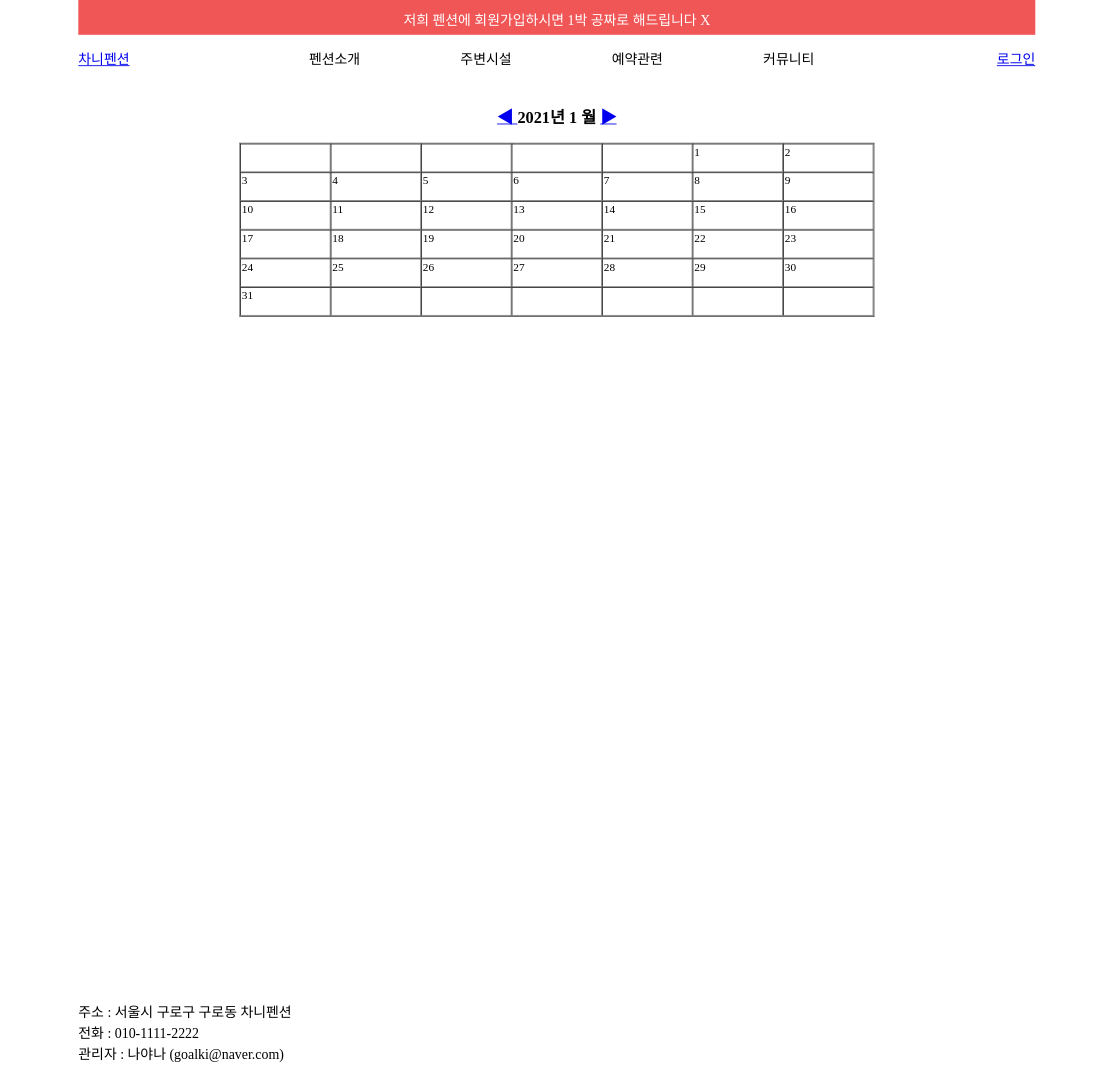
Repository: goalki/pension
Page: http://localhost/pension/reserve/reserve.jsp
These files come from the project's save history. The page is drawn as it stood at one moment and after the next save; the edit follows.
The browser window is 1280 px wide. The pictures show the whole page, at 87% of full size.
The page is served by Tomcat 9. Queries for data that is not in the repository find no rows.

Above is the page before, as saved 2021-01-20 06:29:40.

After the next save:
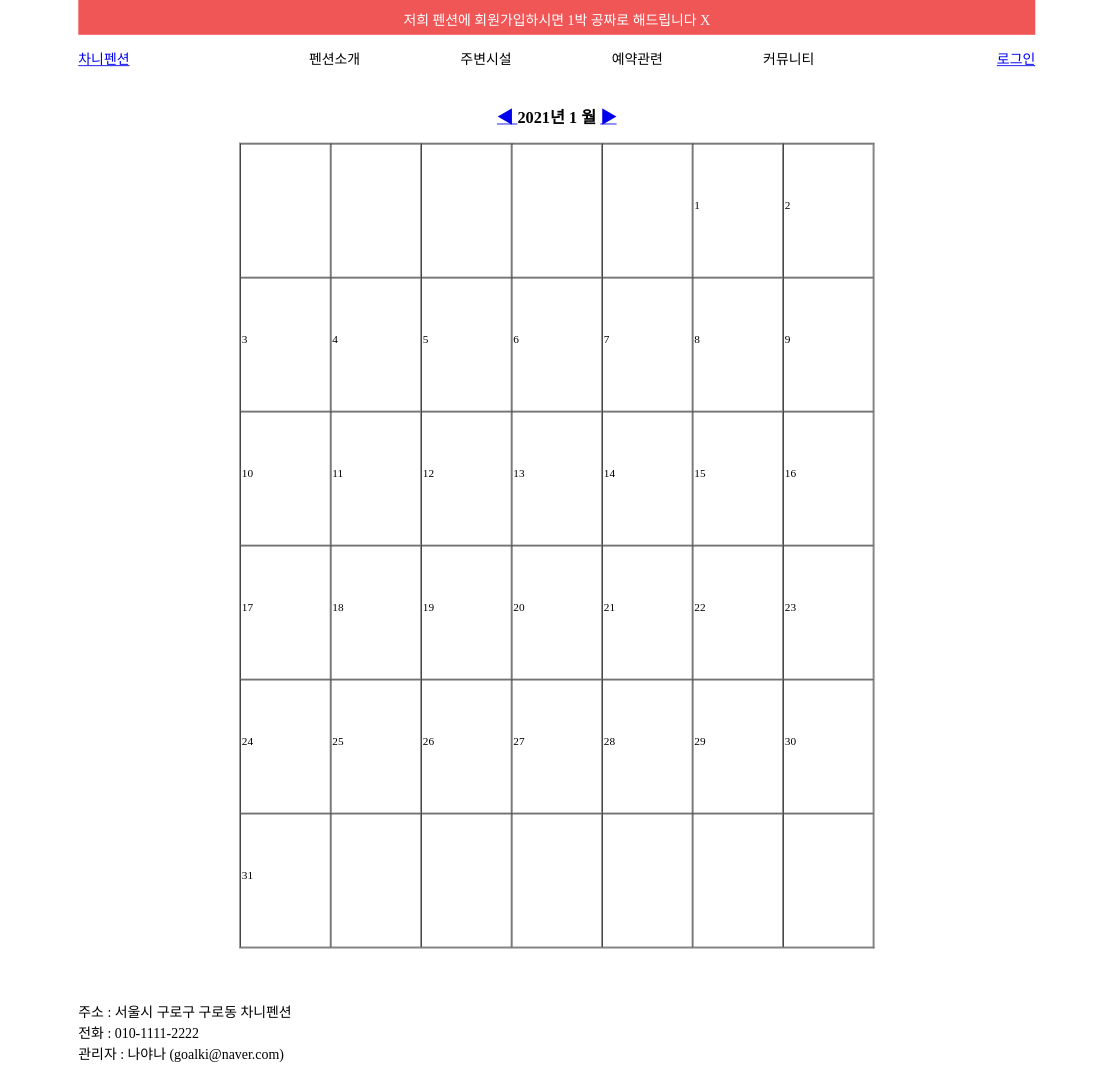
Saved 13 s later.
--- a/pension/WebContent/reserve/reserve.jsp
+++ b/pension/WebContent/reserve/reserve.jsp
@@ -72,6 +72,7 @@
   #section td {
     font-size:13px;
     width:100px;
+    height:150px;
   }
  </style>
  <div id="section">

After the save that followed:
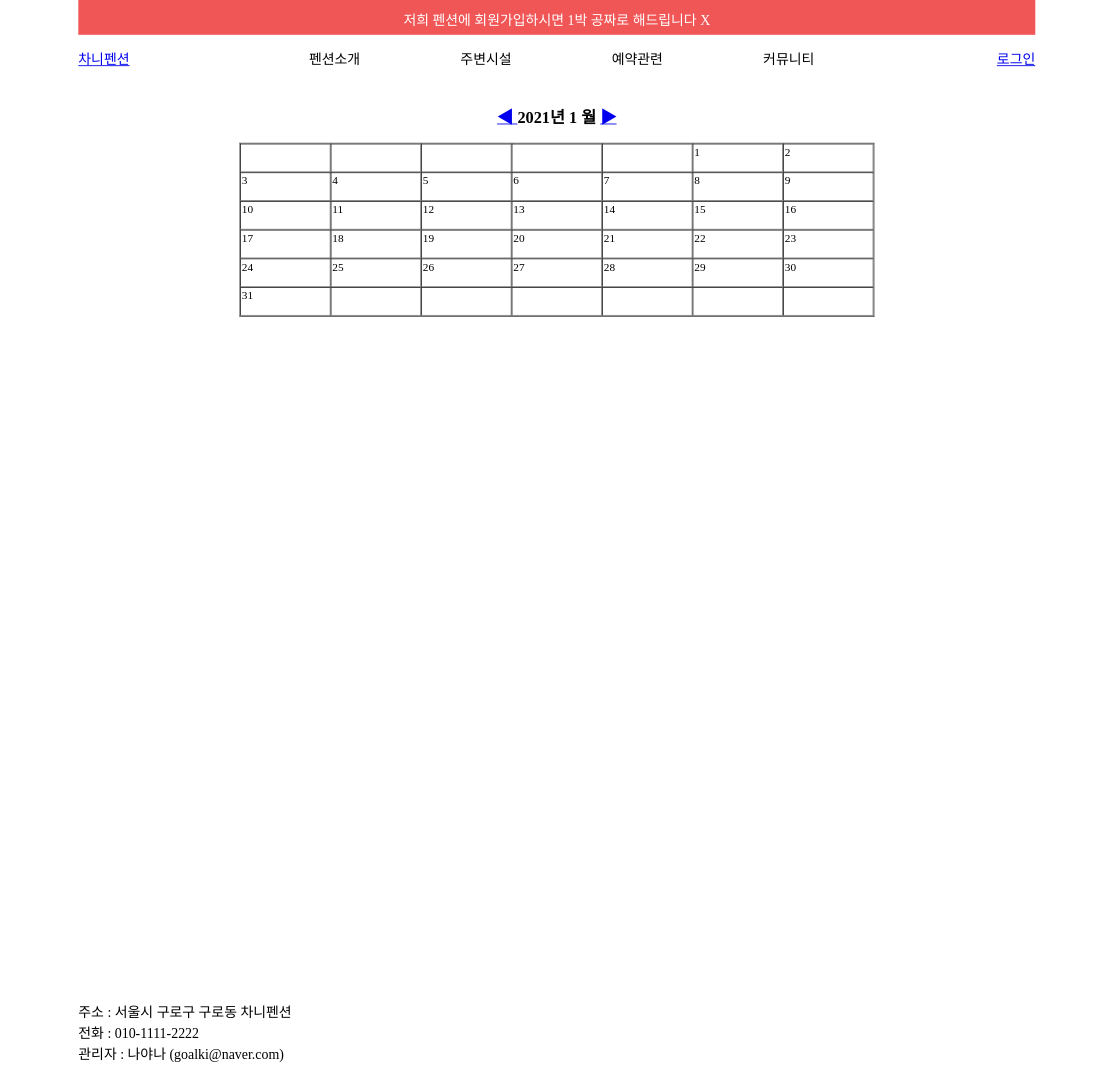
Saved 106 s later.
--- a/pension/WebContent/reserve/reserve.jsp
+++ b/pension/WebContent/reserve/reserve.jsp
@@ -72,7 +72,7 @@
   #section td {
     font-size:13px;
     width:100px;
-    height:150px;
+
   }
  </style>
  <div id="section">
